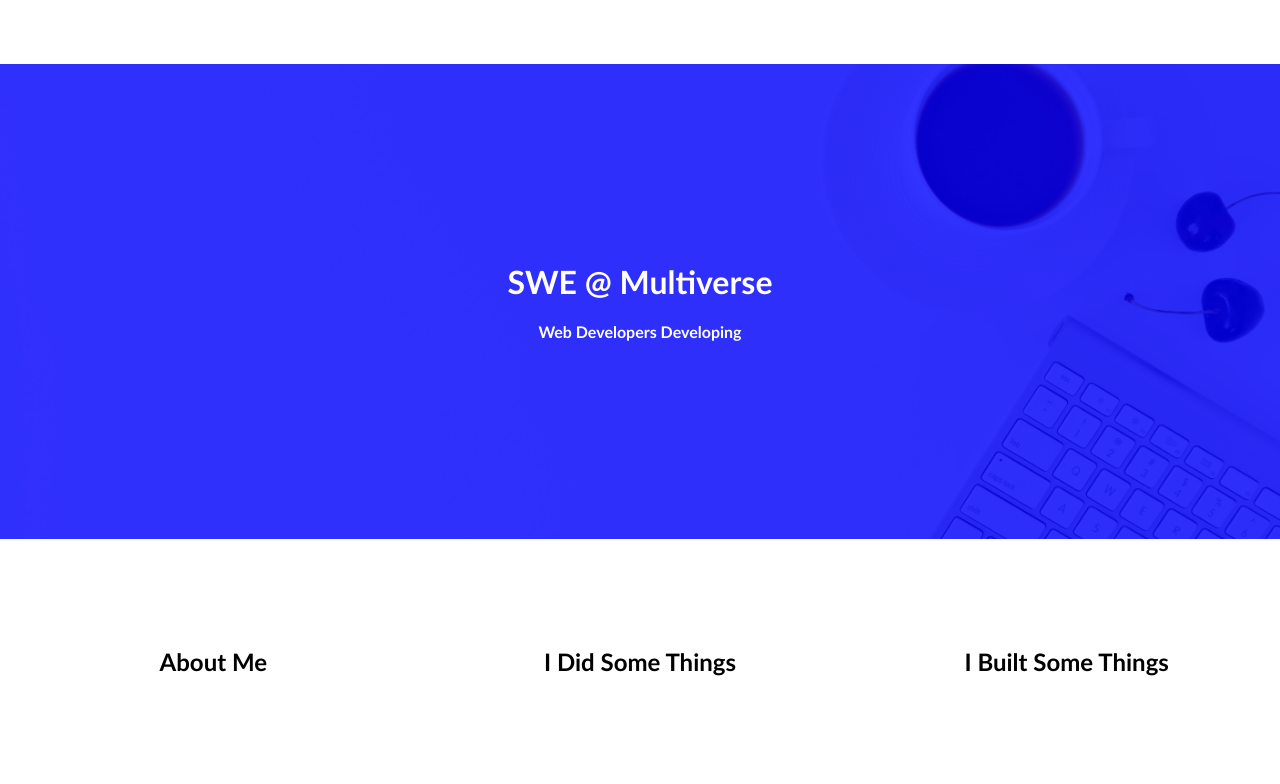
Repository: Scoofster/SWE-Flying-start-bio-website
Page: public/index.html
These files come from the project's save history. The page is drawn as it stood at one moment and after the next save; the edit follows.
The browser window is 1280 px wide. The pictures show the whole page.

Above is the page before, as saved 2022-06-16 13:48:43.

### public/index.html
<!--
You may use this in any way, on any site, all we ask is that you please keep the link(s) crediting the author.   Though this is not mandatory, it is certainly appreciated.
 -->

<!DOCTYPE html PUBLIC "-//W3C//DTD XHTML 1.0 Strict//EN" "http://www.w3.org/TR/xhtml1/DTD/xhtml1-strict.dtd">
<html xmlns="http://www.w3.org/1999/xhtml" xml:lang="en" lang="en">
  <head>
    <title>Blue Bliss by Bryant Smith</title>
    <meta http-equiv="content-type" content="text/html;charset=utf-8" />
    <link rel="stylesheet" type="text/css" href="index.css" />
  </head>
  <body>
    <div id="mainContentArea">
      <div id="hero">
        <div id="hero-overlay"></div>
        <div id="banner-photo"></div>
        <div id="hero-text">
          <h1>SWE @ Multiverse</h1>
          <h4>Web Developers Developing</h4>
        </div>
        <div id="about-me-nav-link">
          <h2>About Me</h2>
        </div>
        <div id="cv-nav-link">
          <h2>I Did Some Things</h2>
        </div>
        <div id="porfolio-nav-link">
          <h2>I Built Some Things</h2>
        </div>
      </div>
      <div id="about-me"></div>
      <div id="cv"></div>
      <div id="porfolio"></div>
    </div>
  </body>
</html>

### public/index.css

html,body{
    margin:0;
    font-family:'Trebuchet MS', 'Lucida Sans Unicode', 'Lucida Grande', 'Lucida Sans', Arial, sans-serif
    }



#hero {
    margin-top: 5%;
    padding: 0%;
    display: grid;
    width: calc(100vw-30px);
    height: 100vh;
    grid-template-columns: 1fr 1fr 1fr;
    text-align: center;
}

#hero-overlay {
    grid-area: 1 /1 / span 2 / span 3;
    opacity: 80%;
    background-color: blue;

}

#banner-photo {
    background-image: url(./imgs/splash_photo.jpg);
    grid-area: 1 /1/ span 2 / span 3;
    background-size:cover;
    background-repeat: no-repeat;
    margin: 0;
}

#hero-text {
    grid-area: 2/2/2/2;
    color: white;

    z-index: 1;
  }

#hero-text.h1 {
    font-size: 300%;
}
  #about-me-nav-link {
    height: 100%;
    width:100%;
    display:flex;
    align-items: center;
    justify-content: center;

  }

  #cv-nav-link {
    height: 100%;
    width:100%;
    display:flex;
    align-items: center;
    justify-content: center;

  }

  #porfolio-nav-link {
    height: 100%;
    width:100%;
    display:flex;
    align-items: center;
    justify-content: center;

  }

After the next save:
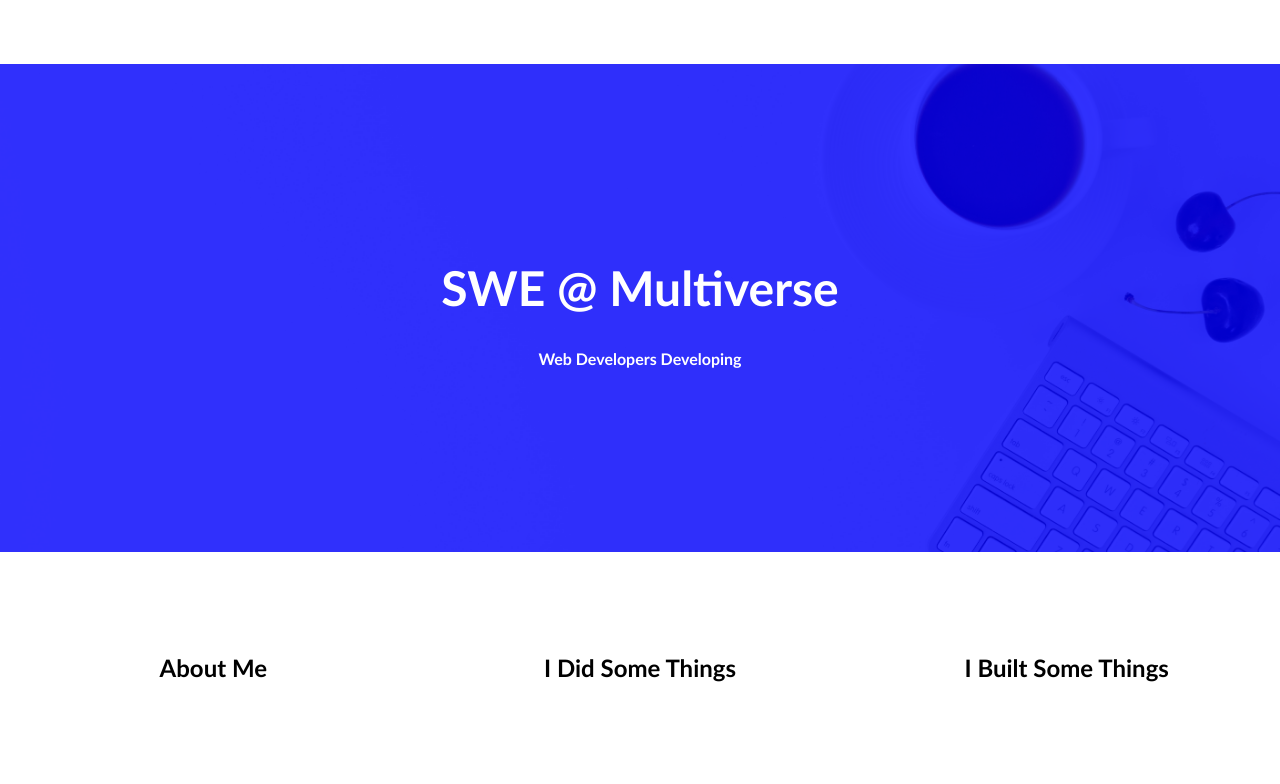
Saved 70 s later.
--- a/public/index.css
+++ b/public/index.css
@@ -38,7 +38,7 @@
     z-index: 1;
   }
 
-#hero-text.h1 {
+#hero-text > h1 {
     font-size: 300%;
 }
   #about-me-nav-link {
